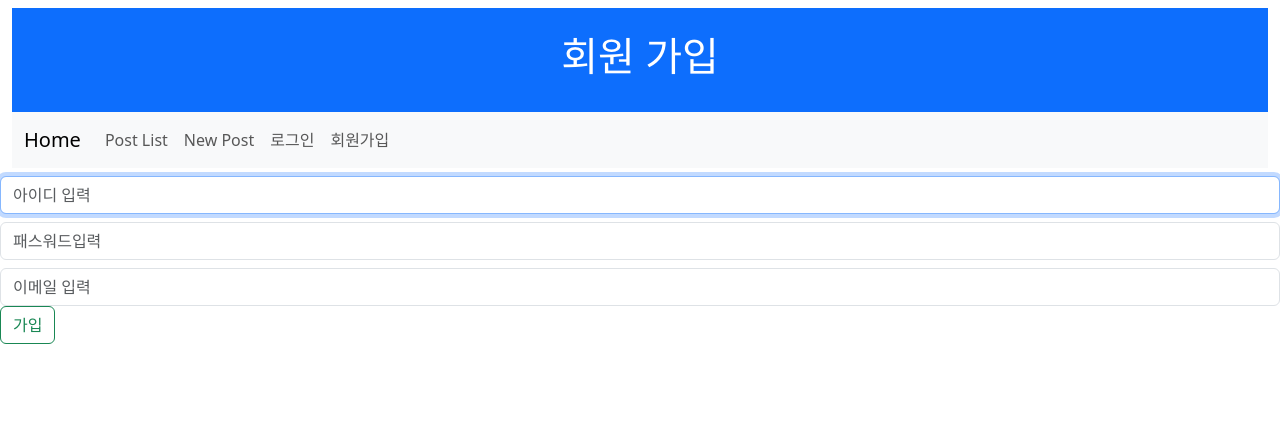
Repository: ldj0905/javaproject
Page: http://localhost/lab05_jsp/user/signup
These files come from the project's save history. The page is drawn as it stood at one moment and after the next save; the edit follows.
The browser window is 1280 px wide. The pictures show the whole page.
The page is served by Tomcat 10. Other server files are loaded and not shown.

Above is the page before, as saved 2024-05-30 10:11:33.

### lab05_jsp/src/main/webapp/WEB-INF/views/user/signup.jsp
<%@ page language="java" contentType="text/html; charset=UTF-8"
    pageEncoding="UTF-8" trimDirectiveWhitespaces="true"%>
<%@ taglib prefix="c" uri="jakarta.tags.core"%>
<!DOCTYPE html>
<html>
<head>
<meta charset="UTF-8">
<meta name="viewport" content="width=device-width, initial-scale=1">
<title>회원 가입</title>
<link
    href="https://cdn.jsdelivr.net/npm/bootstrap@5.3.3/dist/css/bootstrap.min.css"
    rel="stylesheet"
    integrity="sha384-QWTKZyjpPEjISv5WaRU9OFeRpok6YctnYmDr5pNlyT2bRjXh0JMhjY6hW+ALEwIH"
    crossorigin="anonymous">
</head>
<body>
    <!-- TODO: 회원 가입 양식(form) -->
    <main>
        <div class="container-fluid">
             <c:set var="pageTitle" value="회원 가입" scope="page"/>
            <%@ include file="../fragments/header.jspf" %>
            </div>
            <div class="card-body">
                <c:url var="signup" value="/post/list" />
                <form method="post" action="${signup}">

                    <div class="mt-2">
                        <input class="form-control" type="text"
                            name="userid" placeholder="아이디 입력" required
                            autofocus />
                        <!--autofocus가 뭐하는거임 -->
                    </div>
                    <div class="mt-2">
                        <input class="form-control" type="text"
                            name="password" placeholder="패스워드입력"
                            required></input>
                    </div>
                    <div class="mt-2">
                        <input class="form-control" type="text"
                            name="email" placeholder="이메일 입력" required />
                    </div>
                </form>
            </div>
                 <div class ="card-footer">
                    <c:url var="signup" value="/">
                        <c:param name="id" value="${post.id}"/>
                    </c:url>
                   <input class="btn btn-outline-success"  type = "submit" value="가입" />
                </div>
        </div>
    </main>
    <script
        src="https://cdn.jsdelivr.net/npm/bootstrap@5.3.3/dist/js/bootstrap.bundle.min.js"
        integrity="sha384-YvpcrYf0tY3lHB60NNkmXc5s9fDVZLESaAA55NDzOxhy9GkcIdslK1eN7N6jIeHz"
        crossorigin="anonymous"></script>
</body>
</html>

### lab05_jsp/src/main/webapp/WEB-INF/views/fragments/header.jspf
<%@ page language="java" contentType="text/html; charset=UTF-8"
    pageEncoding="UTF-8" trimDirectiveWhitespaces="true"%>
<%@ taglib prefix="c" uri="jakarta.tags.core" %>

<header class="mt-2 p-4 bg-primary text-white text-center">
    <h1>${pageTitle}</h1>
</header>

<nav class="navbar navbar-expand-lg bg-body-tertiary">
    <div class="container-fluid">
        <c:url var="homePage" value="/" />
        <a class="navbar-brand" href="${homePage}">Home</a>
        <button class="navbar-toggler" type="button"
            data-bs-toggle="collapse" data-bs-target="#navbarNav"
            aria-controls="navbarNav" aria-expanded="false"
            aria-label="Toggle navigation">
            <span class="navbar-toggler-icon"></span>
        </button>
        <div class="collapse navbar-collapse" id="navbarNav">
            <ul class="navbar-nav">
                <li class="nav-item">
                    <c:url var="postListPage" value="/post/list" />
                    <a class="nav-link" href="${postListPage}">Post List</a>
                </li>
                <li class="nav-item">
                    <c:url var="newPostPage" value="/post/create" />
                    <a class="nav-link" href="${newPostPage}">New Post</a>
                </li>
                <li class="nav-item">
                <!-- TODO: 로그인 url 작성 해서 #에 넣기-->
                    <a class="nav-link" href="#">로그인</a>
                </li>
                <!-- TODO: 회원가입 url 작성 해서 #에 넣기-->
                <li class="nav-item">
                    <c:url var="signup" value ="/user/signup" />
                    <a class="nav-link" href= "${signup}">회원가입</a>
                </li>

            </ul>
        </div>
    </div>
</nav>

### lab05_jsp/src/main/java/com/itwill/lab05/web/UserSignUpController.java
package com.itwill.lab05.web;

import java.io.IOException;

import org.slf4j.Logger;
import org.slf4j.LoggerFactory;

import com.itwill.lab05.repository.User;
import com.itwill.lab05.service.UserService;

import jakarta.servlet.ServletException;
import jakarta.servlet.annotation.WebServlet;
import jakarta.servlet.http.HttpServlet;
import jakarta.servlet.http.HttpServletRequest;
import jakarta.servlet.http.HttpServletResponse;

@WebServlet (name = "userSignUpController", urlPatterns = {"/user/signup"})
public class UserSignUpController extends HttpServlet {
	private static final long serialVersionUID = 1L;
	private static final Logger log = LoggerFactory.getLogger(UserSignUpController.class);
	//controller는 service를 호출한다.

	private final UserService userService = UserService.INSTANCE;
	//TODO: 회원 가입에 필요한 요청 처리 메서드.


	@Override
	protected void doGet(HttpServletRequest req, HttpServletResponse resp) throws ServletException, IOException {
		log.debug("doGet()");
		req.getRequestDispatcher("/WEB-INF/views/user/signup.jsp").forward(req, resp);
	}
	@Override
	protected void doPost(HttpServletRequest req, HttpServletResponse resp) throws ServletException, IOException {
		log.debug("doPost");
		String userid = req.getParameter("userid");
		String password = req.getParameter("password");
		String email = req.getParameter("email");
		User user = User.builder().userid(userid).password(password).email(email).build();

		userService.create(user);
		String url = req.getContextPath() + "/signin";
		resp.sendRedirect(url);
	}
}

### lab05_jsp/src/main/java/com/itwill/lab05/repository/UserDao.java
package com.itwill.lab05.repository;

import java.sql.Connection;
import java.sql.PreparedStatement;
import java.sql.SQLException;

import org.slf4j.Logger;
import org.slf4j.LoggerFactory;

import com.itwill.lab05.datasource.DataSourceUtil;
import com.zaxxer.hikari.HikariDataSource;


// DAO(Data Access Object). 데이터베이스 CRUD. <= 하는역할 : create read update delete
public enum UserDao {
	INSTANCE;

	private static final Logger log = LoggerFactory.getLogger(UserDao.class);

	private final HikariDataSource ds = DataSourceUtil.getInstance().getDataSource(); // <- 얘 뭐하는애임?

	//TODO: users 테이블에 insert SQL 문장 & 메서드
	private static final String SQL_INSERT =
			"insert into posts (userid,password,email) values(?, ?, ?)";

	//insert source 만들기
	public int insert(User user) {
		log.debug("insert({})", user);
		log.debug(SQL_INSERT);

		Connection conn = null;
		PreparedStatement stmt = null;
		int result = 0;
		try {
			conn = ds.getConnection();
            stmt = conn.prepareStatement(SQL_INSERT);
            stmt.setString(1,user.getUserid());
            stmt.setString(2, user.getPassword());
            stmt.setString(3, user.getEmail());
            result = stmt.executeUpdate();
		}catch(SQLException e) {
			e.printStackTrace();
		}

		return result;
	}



}

After the next save:
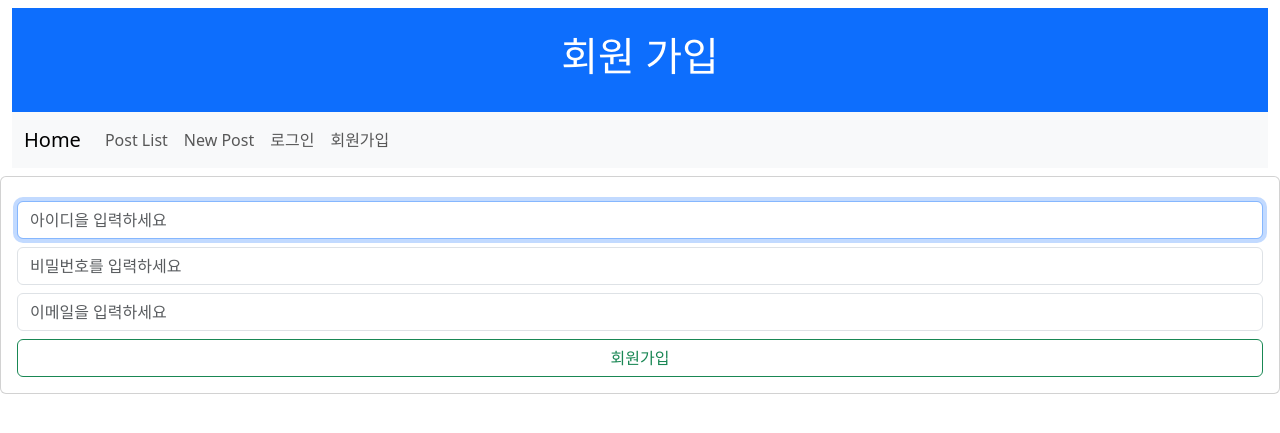
Saved 48 s later.
--- a/lab05_jsp/src/main/webapp/WEB-INF/views/user/signup.jsp
+++ b/lab05_jsp/src/main/webapp/WEB-INF/views/user/signup.jsp
@@ -4,54 +4,55 @@
 <!DOCTYPE html>
 <html>
 <head>
-<meta charset="UTF-8">
-<meta name="viewport" content="width=device-width, initial-scale=1">
-<title>회원 가입</title>
-<link
-    href="https://cdn.jsdelivr.net/npm/bootstrap@5.3.3/dist/css/bootstrap.min.css"
-    rel="stylesheet"
-    integrity="sha384-QWTKZyjpPEjISv5WaRU9OFeRpok6YctnYmDr5pNlyT2bRjXh0JMhjY6hW+ALEwIH"
-    crossorigin="anonymous">
+    <meta charset="UTF-8">
+    <meta name="viewport" content="width=device-width, initial-scale=1">
+    <title>Lab 05</title>
+    <link href="https://cdn.jsdelivr.net/npm/bootstrap@5.3.3/dist/css/bootstrap.min.css" rel="stylesheet"
+    integrity="sha384-QWTKZyjpPEjISv5WaRU9OFeRpok6YctnYmDr5pNlyT2bRjXh0JMhjY6hW+ALEwIH" crossorigin="anonymous">
 </head>
 <body>
-    <!-- TODO: 회원 가입 양식(form) -->
-    <main>
-        <div class="container-fluid">
-             <c:set var="pageTitle" value="회원 가입" scope="page"/>
+    <!-- TODO: 회원가입 양식(form) -->
+    <!-- create에서 복사해서 수정하겟음 -->
+    <div class="container-fluid">
+            <c:set var="pageTitle" value="회원 가입" scope="page"/>
             <%@ include file="../fragments/header.jspf" %>
+        </div>
+
+        <main>
+            <div class="mt-2 card">
+            <%--
+                <div class="card-header text-center">
+                    <h2>회원 가입</h2>
+                </div>
+             --%>
+
+                <div class="card-body">
+                    <c:url var="signInPage" value="/user/signup" />
+                    <form action="${signInPage}" method="post">
+
+                        <div class="mt-2">
+                            <input class="form-control" type="text" name="userid" placeholder="아이디을 입력하세요" required autofocus />
+                        </div>
+
+                        <div class="mt-2">
+                            <input class="form-control" type="text" name="password" placeholder="비밀번호를 입력하세요" required="required"/>
+                        </div>
+
+                        <div class="mt-2">
+                            <input class="form-control" type="text" name="email" placeholder="이메일을 입력하세요" required="required"/>
+                        </div>
+
+                        <div class="mt-2">
+                            <input class="form-control btn btn-outline-success" type="submit" value="회원가입"/>
+                        </div>
+
+                    </form>
+                </div>
             </div>
-            <div class="card-body">
-                <c:url var="signup" value="/post/list" />
-                <form method="post" action="${signup}">
 
-                    <div class="mt-2">
-                        <input class="form-control" type="text"
-                            name="userid" placeholder="아이디 입력" required
-                            autofocus />
-                        <!--autofocus가 뭐하는거임 -->
-                    </div>
-                    <div class="mt-2">
-                        <input class="form-control" type="text"
-                            name="password" placeholder="패스워드입력"
-                            required></input>
-                    </div>
-                    <div class="mt-2">
-                        <input class="form-control" type="text"
-                            name="email" placeholder="이메일 입력" required />
-                    </div>
-                </form>
-            </div>
-                 <div class ="card-footer">
-                    <c:url var="signup" value="/">
-                        <c:param name="id" value="${post.id}"/>
-                    </c:url>
-                   <input class="btn btn-outline-success"  type = "submit" value="가입" />
-                </div>
-        </div>
-    </main>
-    <script
-        src="https://cdn.jsdelivr.net/npm/bootstrap@5.3.3/dist/js/bootstrap.bundle.min.js"
-        integrity="sha384-YvpcrYf0tY3lHB60NNkmXc5s9fDVZLESaAA55NDzOxhy9GkcIdslK1eN7N6jIeHz"
-        crossorigin="anonymous"></script>
+        </main>
+
+    <script src="https://cdn.jsdelivr.net/npm/bootstrap@5.3.3/dist/js/bootstrap.bundle.min.js"
+    integrity="sha384-YvpcrYf0tY3lHB60NNkmXc5s9fDVZLESaAA55NDzOxhy9GkcIdslK1eN7N6jIeHz" crossorigin="anonymous"></script>
 </body>
 </html>
